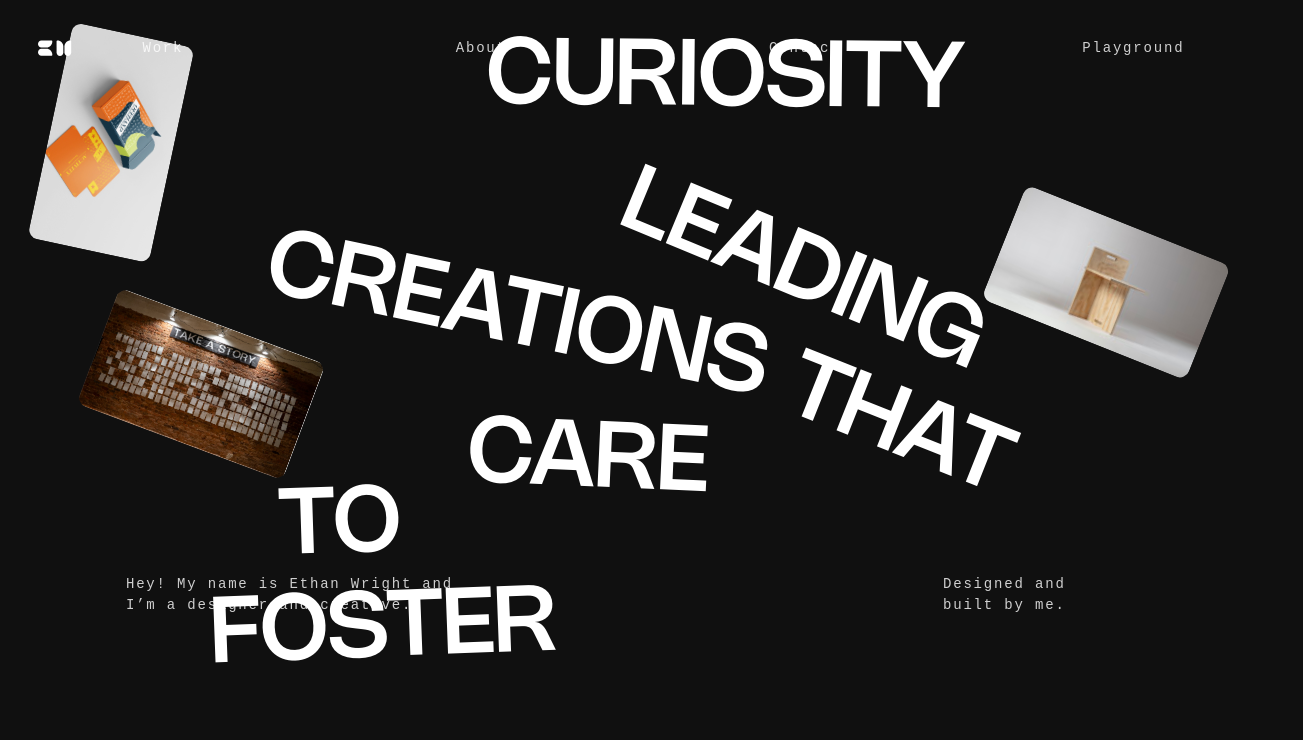
Repository: theethanwright/ethan_wright_portfolio
Page: home.html
An editor plug-in stored every save of this project. The page is shown before and after the next save, followed by the edit.
The browser window is 1280 px wide. The page is 1303 px wide, so the pictures cover 1303 px, including what lies to the right of the window. The pictures show the whole page.
Some web libraries are served in a nearby version.

Above is the page before, as saved 2023-12-24 23:28:34.

### home.html
<!DOCTYPE html>
<html lang="en">
<head>
    <meta charset="UTF-8">
    <meta name="viewport" content="width=device-width, initial-scale=1.0">
    <script defer src="node_modules/matter-js/build/matter.min.js"></script>
    <script defer src="app.js"></script>
    <link rel="stylesheet" href="style.css">
    <title>Home</title>
</head>
<body>
    <div class="text">CURIOSITY LEADING TO CREATIONS THAT FOSTER CARE </div>
    <img src="public/images/1.jpg" alt="" class="image" draggable="false">
    <img src="public/images/2.jpg" alt="" class="image" draggable="false">
    <img src="public/images/3.jpg" alt="" class="image" draggable="false">
    <div class="container">
        <div class="logo">
            <svg xmlns="http://www.w3.org/2000/svg" width="16" height="17" viewBox="0 0 16 17" fill="none">
                <path d="M14.3673 0H3.61693C1.61938 0 0 1.6756 0 3.74249C0 5.80938 1.61938 7.48498 3.61693 7.48498H9.1428C12.5831 7.48498 15.372 4.59931 15.372 1.03958C15.372 0.46542 14.9221 0 14.3673 0Z" fill="white"/>
                <path d="M9.1428 8.72827H3.61693C1.61938 8.72827 0 10.4039 0 12.4708C0 14.5377 1.61938 16.2133 3.61693 16.2133H14.3673C14.9221 16.2133 15.372 15.7478 15.372 15.1737C15.372 11.6139 12.5831 8.72827 9.1428 8.72827Z" fill="white"/>
            </svg>
            <svg xmlns="http://www.w3.org/2000/svg" width="17" height="17" viewBox="0 0 17 17" fill="none">
                <path d="M1.63275 0C1.07786 0 0.628052 0.46542 0.628052 1.03958V12.8729C0.628052 14.9398 2.24743 16.6154 4.24498 16.6154C6.24253 16.6154 7.86191 14.9398 7.86191 12.8729V6.4454C7.86191 2.88567 5.07306 0 1.63275 0Z" fill="white"/>
                <path d="M15.2936 0C11.8532 0 9.06439 2.88567 9.06439 6.4454V12.8729C9.06439 14.9398 10.6838 16.6154 12.6813 16.6154C14.6789 16.6154 16.2983 14.9398 16.2983 12.8729V1.03958C16.2983 0.46542 15.8484 0 15.2936 0Z" fill="white"/>
            </svg>
        </div>
        <p>Work</p>
        <p>About</p>
        <p>Contact</p>
        <p>Playground</p>
    </div>
    <div class="intro"><p>Hey! My name is Ethan Wright and I’m a designer and creative.</p></div>
    <div class="fun-fact"><p>Designed and built by me.</p></div>
</body>
</html>

### app.js
const canvasSize = {
    width: window.innerWidth,
    height: window.innerHeight
  };

  const lineHeight = (window.innerWidth * 8.5) / 100;
  const displayPaddingLeft = (window.innerWidth * 9.838) / 100;
  const displayPaddingTop = (window.innerHeight * 23.903) / 100;

  const spaceBetweenWords = 20;

  const splitWords = () => {
    const textNode = document.querySelector(".text");
    const text = textNode.textContent.trim(); // Remove leading/trailing whitespace
    const words = text.split(" ");
    const lines = [
      ["CURIOSITY", "LEADING"],
      ["TO", "CREATIONS", "THAT"],
      ["FOSTER", "CARE"]
    ];

    const lineDivs = lines.map((lineWords) => {
      const spanElements = lineWords.map((word) => {
        return `<span class="word">${word}</span>`;
      });
      return `<div class="line">${spanElements.join("")}</div>`;
    });

    textNode.innerHTML = lineDivs.join("");
  };

  splitWords();

const renderCanvas = () => {
  const Engine = Matter.Engine;
  const Render = Matter.Render;
  const World = Matter.World;
  const Body = Matter.Body;
  const Events = Matter.Events;
  const Bodies = Matter.Bodies;
  const Runner = Matter.Runner;
  const Composite = Matter.Composite;
  const params = {
    isStatic: true,
    render: {
      fillStyle: "transparent"
    }
  };

  const engine = Engine.create({});

  const render = Render.create({
    element: document.body,
    engine: engine,
    options: {
      ...canvasSize,
      background: "transparent",
      wireframes: false,
    }
  });

  // walls and other configurations remain the same...
  Composite.add(engine.world, [
      // walls
      Bodies.rectangle(
          canvasSize.width / 2,
          canvasSize.height,
          canvasSize.width,
          50,
          params,
     { isStatic: true }),
      Bodies.rectangle(
          0,
          canvasSize.height / 2,
          50,
          canvasSize.height,
          params,
           { isStatic: true }),
      Bodies.rectangle(
          canvasSize.width,
          canvasSize.height / 2,
          50,
          canvasSize.height,
          params,
           { isStatic: true }),
      Bodies.rectangle(
          canvasSize.width / 2,
          0,
          canvasSize.width,
          50,
          params,
           { isStatic: true })
  ]);

const imageBodies = [];
const imageElements = document.querySelectorAll(".image");

imageElements.forEach((imageElem) => {
    const randomLeft = Math.floor(Math.random() * window.innerWidth);
    const randomTop = Math.floor(Math.random() * window.innerHeight);
    const randomTime = Math.floor(Math.random() * 2500) + 2000;
    const randomVelocity = Math.floor(Math.random() * 0.05) + -0.05;
    var startTime = 0,
     scaleRate = 0;
     const scalingDuration = 200;
    const iBody = Bodies.rectangle(
        randomLeft,
        randomTop,
        0.88,
        0.4,
      {
        render: { fillStyle: "transparent" }
      }
     );

     function distance(x1, y1, x2, y2){
      var x = Math.abs(x1-x2)
      var y = Math.abs(y1-y2)
      return Math.sqrt((x*x)+(y*y))
    }

     Events.on(engine, 'beforeUpdate', function (event) {
      const width = distance(iBody.vertices[0].x, iBody.vertices[0].y, iBody.vertices[1].x, iBody.vertices[1].y)
      var timeScale = (event.delta || (1000 / 60)) / 1000;

      if (scaleRate > 0) {
        Body.scale(iBody, 1 + (scaleRate * timeScale), 1 + (scaleRate * timeScale));
        Body.setAngularVelocity(iBody, randomVelocity)
      }

      if (engine.timing.timestamp - startTime >= randomTime &&
          width <= 200) {
        // start scaling
        scaleRate = 5;

        // update last time
        startTime = randomTime + scalingDuration;
      }

      if (width >= 200) {
        // stop scaling
        scaleRate = 0;

        // reset start time
        startTime = 0;
      }
    });


     imageBodies.push({ iBody, imageElem});

    });


    const wordBodies = [];
    const lineDivs = document.querySelectorAll(".line");

    let currentY = displayPaddingTop; // Starting Y-coordinate for the first line
    lineDivs.forEach((lineDiv) => {
      const wordElements = lineDiv.querySelectorAll(".word");
      let currentX = displayPaddingLeft; // Starting X-coordinate for each line

      wordElements.forEach((wordElem) => {
        const width = wordElem.offsetWidth;
        const height = wordElem.offsetHeight;

        const body = Bodies.rectangle(
          currentX + width / 2,
          currentY + height / 2,
          width,
          height,
          {
            render: { fillStyle: "transparent" }
          }
        );

        wordBodies.push({ body, elem: wordElem });

        currentX += width + spaceBetweenWords;
      });

      currentY += lineHeight; // Adjust this value for vertical spacing between lines
    });

    World.add(engine.world, [
      ...wordBodies.map((box) => box.body),
      ...imageBodies.map((box) =>box.iBody),
    ]);

  engine.gravity.y = 0;

  render.options.showCollisions

  const mouse = Matter.Mouse.create(document.body);
  const mouseConstraint = Matter.MouseConstraint.create(engine, {
    mouse,
    constraint: {
      stiffness: 0.2,
      render: {
        visible: false
      }
    }
  });
  mouse.element.removeEventListener("mousewheel", mouse.mousewheel);
  mouse.element.removeEventListener("DOMMouseScroll", mouse.mousewheel);

  World.add(engine.world, [
    ...wordBodies.map((box) => box.body),
    mouseConstraint
  ]);
  render.mouse = mouse;
  Runner.run(engine);
  Render.run(render);

  (function rerender() {
    wordBodies.forEach(({ body, elem }) => {
    const { x, y } = body.position;
    elem.style.top = `${y - elem.offsetHeight / 2}px`;
    elem.style.left = `${x - elem.offsetWidth / 2}px`;
    elem.style.transform = `rotate(${body.angle}rad)`;
});

  function distance(x1, y1, x2, y2){
    var x = Math.abs(x1-x2)
    var y = Math.abs(y1-y2)
    return Math.sqrt((x*x)+(y*y))
  }

imageBodies.forEach(({ iBody, imageElem }) => {
    const { x, y } = iBody.position
    const width = distance(iBody.vertices[0].x, iBody.vertices[0].y, iBody.vertices[1].x, iBody.vertices[1].y)
    imageElem.style.top = `${y - imageElem.offsetHeight / 2}px`;
    imageElem.style.left = `${x - imageElem.offsetWidth / 2}px`;
    imageElem.style.width = `${width}px`;
    imageElem.style.transform = `rotate(${iBody.angle}rad)`;
  });

Matter.Engine.update(engine);
requestAnimationFrame(rerender);
})();

};

window.addEventListener("resize", () => {
  // Update canvasSize when the window is resized
  canvasSize.width = window.innerWidth;
  canvasSize.height = window.innerHeight;

  // Rerender canvas with the updated size
  renderCanvas();
});

window.addEventListener("DOMContentLoaded", (event) => {
  splitWords();
  renderCanvas();
});

### style.css
@font-face {
    font-family: "Nohemi";
    src: url(public/fonts/Nohemi-Medium.woff2);
  }

@import url('https://fonts.googleapis.com/css2?family=IBM+Plex+Mono&display=swap');

p {
    color: rgba(255, 255, 255, 0.80);
    font-family: 'IBM Plex Mono', monospace;
    font-size: 14px;
    font-style: normal;
    font-weight: 400;
    line-height: 150%; /* 21px */
    letter-spacing: 1.82px;
}

  body {
    display: block;
    overflow: hidden;
    background: #101010;
  }

.container {
    position: absolute;
    padding: 16px 30px;
    display: grid;
    margin: 0;
    grid-template-columns: repeat(12, 6.771vw);
    gap: 1.389vw;
}

.word {
    position: absolute;
    transform-origin: 50% 50%;
    cursor: grab;
    user-select: none;
    font-family: "Nohemi";
    color: #fff;
    font-size: 7.176vw;
    margin-right: 10px;
    line-height: auto;
  }

.logo {
    grid-column-start: 1;
    display: flex;
    width: 34px;
    height: 16px;
    justify-content: center;
    align-items: center;
    gap: 3.256px;
    justify-self: start;
    align-self: center;
  }

  p:nth-child(2) {
    grid-column-start: 2;
    justify-self: start;
    align-self: center;
  }

  p:nth-child(3) {
    grid-column-start: 5;
    justify-self: start;
    align-self: center;
  }

  p:nth-child(4) {
    grid-column-start: 8;
    justify-self: start;
    align-self: center;
  }

  p:nth-child(5) {
    grid-column-start: 11;
    justify-self: start;
    align-self: center;
  }

  .intro {
    position: absolute;
    top: 77.798vh;
    left: 9.838vw;
    width: 328px;
  }

  .fun-fact {
    position: absolute;
    top: 77.798vh;
    left: 73.669vw;
    width: 143px;
    height: 42px;
  }

  .image {
    position: absolute;
    width: 200px;
    height: auto;
    flex-shrink: 0;

    border-radius: 10px;
  }

After the next save:
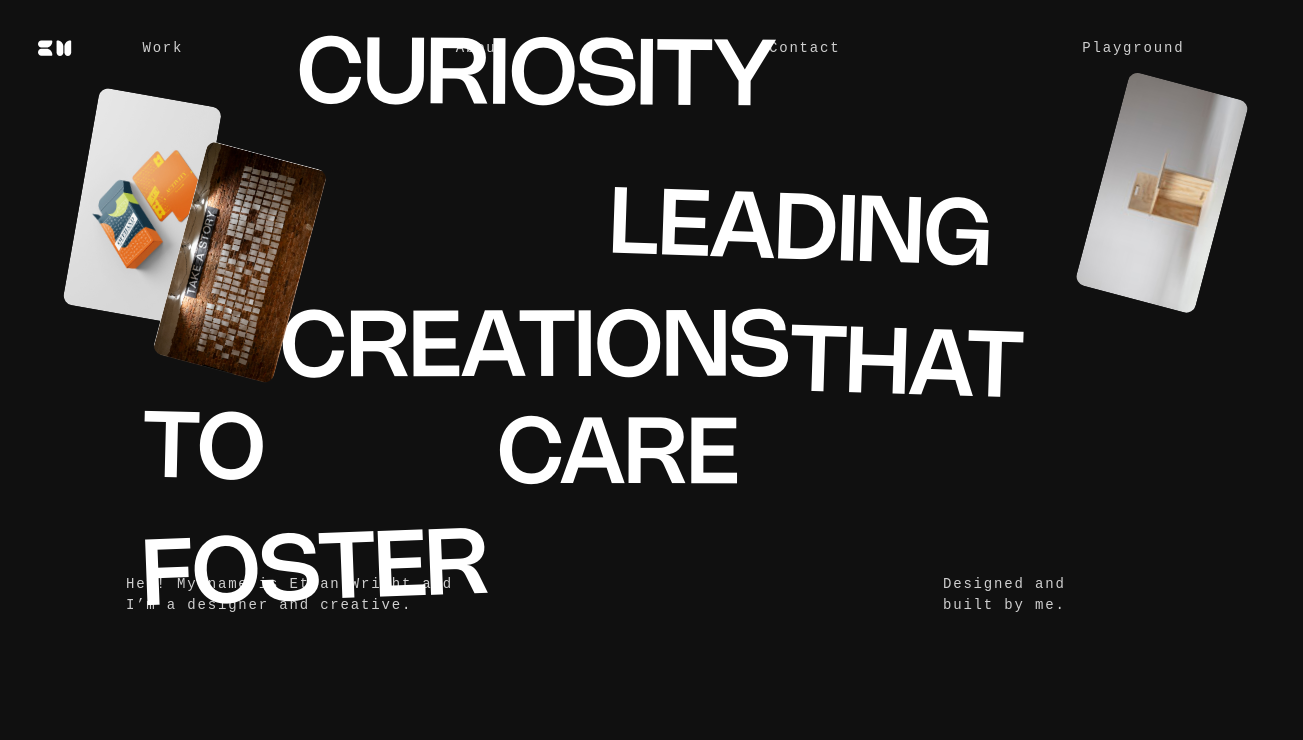
Saved 15 s later.
--- a/app.js
+++ b/app.js
@@ -99,7 +99,7 @@ imageElements.forEach((imageElem) => {
     const randomLeft = Math.floor(Math.random() * window.innerWidth);
     const randomTop = Math.floor(Math.random() * window.innerHeight);
     const randomTime = Math.floor(Math.random() * 2500) + 2000;
-    const randomVelocity = Math.floor(Math.random() * 0.05) + -0.05;
+    const randomVelocity = Math.floor(Math.random() * 0.01) + -0.01;
     var startTime = 0,
      scaleRate = 0;
      const scalingDuration = 200;
